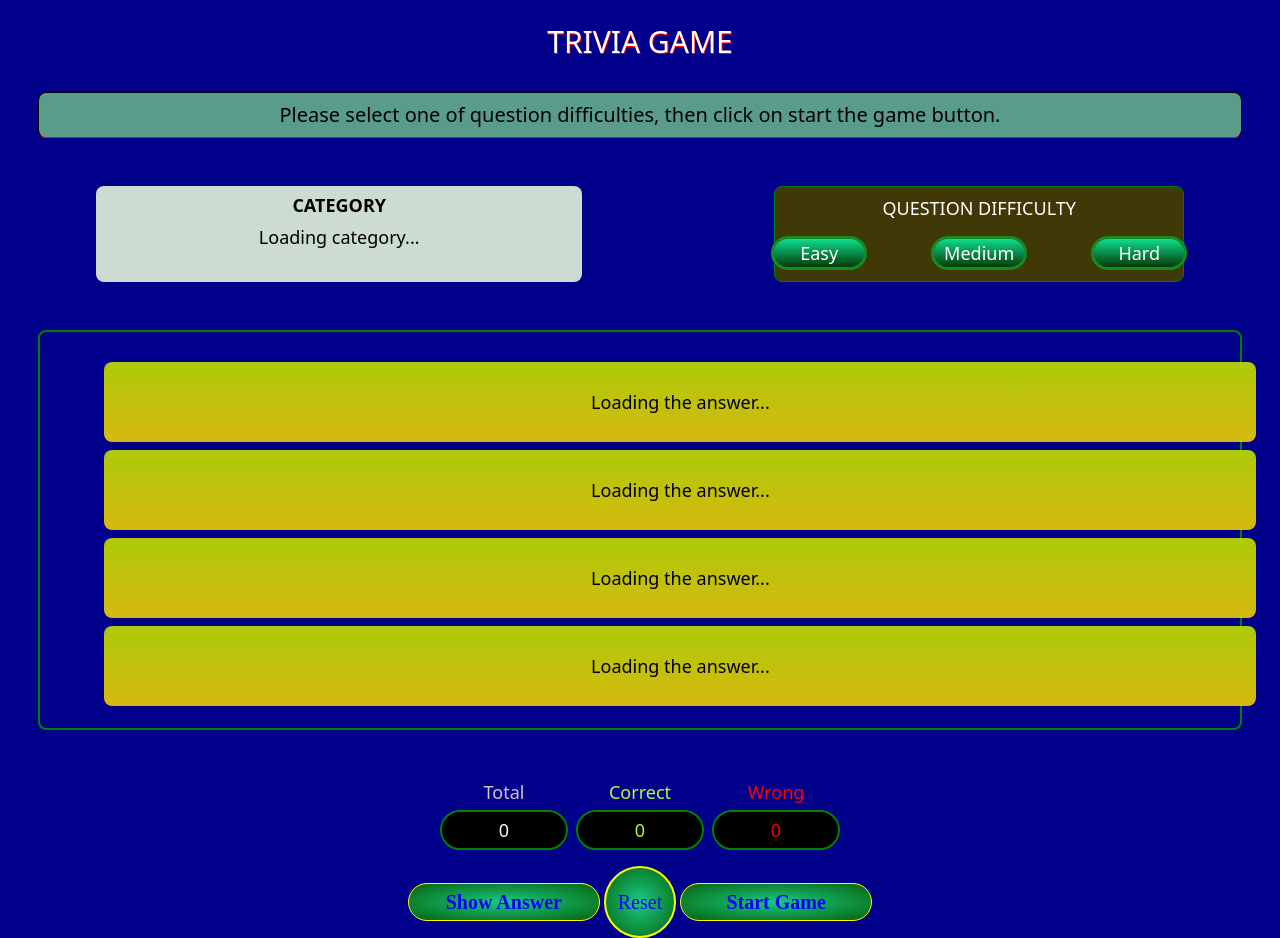
Repository: ShindanoSingi/bembe-trivia
Page: index.html
The author's editor kept a copy of each file at every save. The page is drawn from the files as they stood at one save, then again after the next save.
The browser window is 1280 px wide. The pictures show the whole page.
Some web libraries are served in a nearby version.

Above is the page before, as saved 2022-09-08 02:44:35.

### index.html
<!DOCTYPE html>
<html lang="en">

    <head>
        <meta charset="UTF-8">
        <meta http-equiv="X-UA-Compatible" content="IE=edge">
        <meta name="viewport" content="width=device-width, initial-scale=1.0">
        <link rel="stylesheet" href="style.css">
        <script src="https://cdn.tailwindcss.com"></script>
        <title>Trivia Game</title>
    </head>

    <body class="">
        <div class="containerBox max-h-[100vh] my-2 flex my-2 flex-col gap-[3rem]">
            <h1 class="text-center text-3xl relative top-4" >TRIVIA GAME</h1>
            <div class="questionBox text-center w-[94vw] md:text-xl h-[6.5rem] p-2 md:p-2 mx-auto rounded-lg">
                Please select one of question difficulties, then click on start the game button.
            </div>
            <div class="category-and-difficulty-container items-center justify-around flex">
                <div class="category-container w-[38vw] md:h-[6rem] h-[4.5rem] bg-[#CDDCD1] flex items-center flex-col py-[0.3rem] rounded-lg">
                    <div class="labelCategory text-sm md:text-lg font-bold md:font-bold text-black">CATEGORY</div>
                    <div class="category text-sm md:text-lg text-center p-1 rounded-lg">
                        Loading category...
                    </div>
                </div>
                <div class="qDifficultyBox w-[50vw] xl:w-[32vw] pb-1 rounded-lg items-center flex h-[4.5rem] md:h-[6rem] justify-around flex-col">
                        <div id="question" class="qCat md:text-lg text-sm">QUESTION DIFFICULTY</div>
                        <div class="difficulties-container lg:gap-10 xl:gap-10 md:flex md:space-x-6 flex gap-1">
                            <button class="difficulty px-1.5 md:w-[6rem] text-sm md:text-lg rounded-full" id="easy">Easy</button>
                            <button class="difficulty md:w-[6rem] px-1.5 rounded-full md:text-lg text-sm" id="medium">Medium</button>
                            <button class="difficulty md:w-[6rem] px-1.5 text-sm md:text-lg rounded-full" id="hard">Hard</button>
                    </div>
                </div>
            </div>
            <div class="imgAndQuestions">
                <!-- <img class="w-[94vw] h-[25rem] mx-auto" src="pexels-skitterphoto-9198.jpg" alt="nature image"> -->
                <div class="img w-[94vw] h-[25rem] mx-auto flex items-center">
                    <div class="answersButtons bottom-[17.2rem] ml-[5vw] flex space-y-2 justify-center  flex-col">
                    <button class="showAnswer md:text-lg w-[90vw] p-1 absolute bottom-[17rem] mx-auto text-sm h-[5rem]">Loading the answer...</button>
                    <button class="response md:text-lg w-[90vw] p-1 text-center text-md h-[5rem]" id="response1">Loading the answer...</button>
                    <button class="response md:text-lg w-[90vw] p-1 text-md h-[5rem]" id="response2">Loading the answer...</button>
                    <button class="response md:text-lg w-[90vw] p-1 text-md h-[5rem]" id="response3">Loading the answer...</button>
                    <button class="response md:text-lg w-[90vw] p-1 text-md h-[5rem]" id="response4">Loading the answer...</button>
                    </div>
                </div>

                </div>

            <div id="bottomPart" class="flex  mx-auto flex-col items-center gap-4">
                <div class="labelsAndButtons relative left-1 flex space-x-2">
                    <div class="question-number flex flex-col items-center">
                        <p class="labels md:text-lg pb-1" id="labelQ">Total</p>
                        <div class="bottombuttons md:w-[8rem] md:text-lg w-[5rem] text-center py-1" id="questionNumber">0</div>
                    </div>
                    <div class="correct-answers md:text-lg flex flex-col items-center">
                        <p class="labels pb-1" id="labelC">Correct</p>
                        <div class="bottombuttons md:text-lg w-[5rem] md:w-[8rem] text-center py-1" id="correct">0</div>
                    </div>
                    <div class="wrong-answers md:text-lg flex flex-col items-center">
                        <p class="labels pb-1" id="labelW">Wrong</p>
                        <div class="bottombuttons md:w-[8rem] md:text-lg w-[5rem] text-center py-1" id="wrong">0</div>
                    </div>
                    <div class="timerQuestionCorrectWrong"></div>
                </div>
                <div class="threeBottomButtons">
                    <button class="w-[8rem] text-lg md:text-xl md:w-48 py-1" id="showAnswer">Show Answer</button>
                    <button class="reset text-lg p-1 md:w-[4.5rem] md:text-xl md:h-[4.5rem] w-[3.5rem] h-[3.5rem] rounded-full">Reset</button>
                    <button class="startGame text-lg w-[8rem] md:text-xl md:w-48 py-1">Start Game</button>
                </div>
            </div>
            </div>
        <script src="./script.js"></script>
    </body>
</html>

### style.css
/* @media screen and (min-width: 1024px) {
    .difficulties-container{
       display: flex;
       align-items: space-around;
    }
} */

/* iPhone 8 and smaller */
@media screen and (min-width: 320px) {
    /*  Set h1 text to red */
    h1 {
        color: #fff;
        text-shadow: 0.05rem 0.05rem red;
    }

    /* The box containing the question */
    .questionBox {
        color: rgb(0, 0, 0);
        border: 0.02rem solid;
        background-color: rgb(89, 156, 138);
        border-bottom-color: red;
    }

    /* Label for category */
    .labelCategory {
        color: white;
    }

    /* The show answer message box */
    .showAnswer {
        color: honeydew;
        visibility: hidden;
        border: 0.1rem solid green;
        border-radius: 0.5rem;
        background-color:rgb(2, 27, 3);
    }
    /*  Individual difficulty button */
    .difficulty {
        background-image: linear-gradient(rgb(16, 221, 142), rgb(4, 58, 7));
        border: 0.2rem solid rgb(21, 139, 35);
        color: white;
    }

    /*  Class containing all difficulty buttons */
    .difficulties-container {
        border-color: green;
    }
    /* The box containing difficulty buttons */
    .qDifficultyBox {
        border: 0.14vh solid green;
        background-color: rgb(65, 56, 8);
        color: white;
    }

    /* image */
    .img {
        border: 0.15rem solid green;
        border-radius: 0.5rem;
    }
    /* all response buttons */
    .response {
        border-color: green;
        background-image: linear-gradient(rgb(173, 202, 9), rgb(214, 184, 14));
        color: black;
        border-radius: 0.5rem;
    }
    /* All response buttons */
    .response:hover {
        background-image: linear-gradient(rgb(32, 90, 165), rgb(72, 168, 192));
    }

    /* Show answer button */
    #showAnswer {
        color: blue;
        border: 0.54vh solid green;
        border: 0.27vh solid yellow;
        border-radius: 20rem;
        font-family: cursive;
        font-weight: bold;
        background-image: radial-gradient(rgb(25, 201, 133), rgb(6, 99, 10));
    }
    #showAnswer:hover {
        background-image: radial-gradient(rgb(201, 25, 25), rgb(93, 99, 6));
        color: white;
    }
    /* Start game button */
    .startGame {
        color: blue;
        border: 0.54vh solid green;
        border: 0.27vh solid yellow;
        border-radius: 20rem;
        font-family: cursive;
        font-weight: bold;
        background-image: radial-gradient(rgb(25, 201, 133), rgb(6, 99, 10));
    }
    /* Start game button */
    .startGame:hover {
        background-image: radial-gradient(rgb(201, 25, 25), rgb(93, 99, 6));
        color: white;
    }
    /* Reset button */
    .reset {
        color: blue;
        border: 0.5rem solid green;
        border: 0.15rem solid yellow;
        font-family: cursive;
        background-image: radial-gradient(rgb(25, 201, 133), rgb(6, 99, 10));
    }
    /* Reset button */
    .reset:hover {
        background-image: radial-gradient(rgb(201, 25, 25), rgb(93, 99, 6));
        color: white;
    }

    /* Class containing the 3 bottom labels  (total questions, correct answers and wrong answers) */
    .question-number {
        color: rgb(205, 200, 200);
    }

    .correct-answers {
        color: greenyellow;
    }

    .wrong-answers {
        color: red;
    }

    /* The bottom boxes for total question number, correct answers and wrong answers */
    .bottombuttons {
        border: 0.15rem solid green;
        background-color: black;
        color: honeydew;
        border-radius: 2rem;
    }

    /* Set the wrong anser to red */
    #wrong {
        color: rgb(255, 0, 0);
    }
    /* Set the correct anser to green */
    #correct {
        color: greenyellow;
    }

    /* Change the color when "easy" button is hovered over */
    #easy:hover {
        background-image: linear-gradient(rgb(202, 9, 9), rgb(214, 184, 14));
    }
    /* Change the color when "easy" button is hovered over */
    #medium:hover {
        background-image: linear-gradient(rgb(202, 9, 9), rgb(214, 184, 14));
    }
    /* Change the color when "easy" button is hovered over */
    #hard:hover {
        background-image: linear-gradient(rgb(202, 9, 9), rgb(214, 184, 14));
    }

    body {
      background-color: darkblue;
    }
}

Loaded but not shown: script.js (421 lines, source omitted)

After the next save:
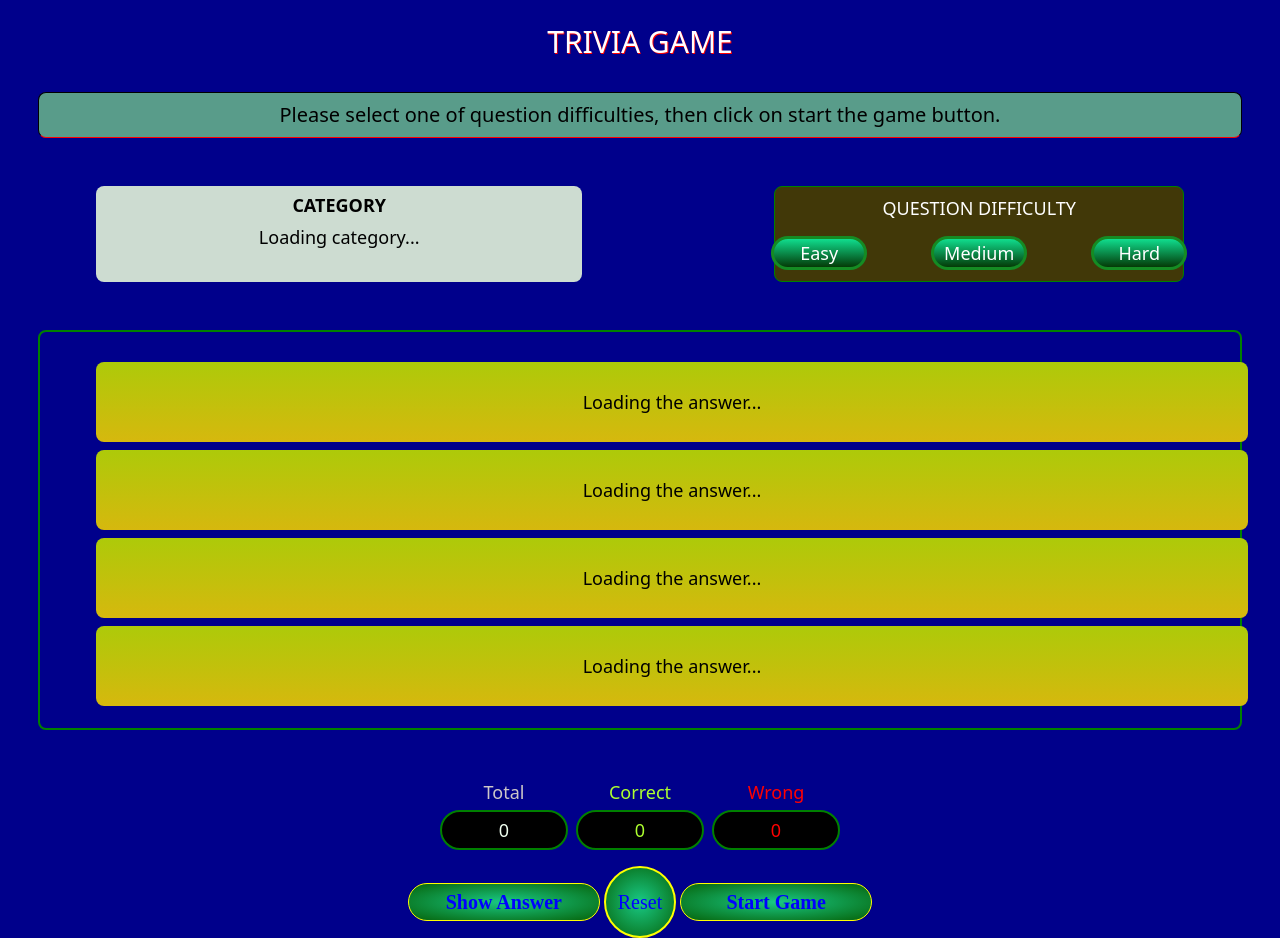
Saved 16 s later.
--- a/index.html
+++ b/index.html
@@ -34,7 +34,7 @@
             </div>
             <div class="imgAndQuestions">
                 <!-- <img class="w-[94vw] h-[25rem] mx-auto" src="pexels-skitterphoto-9198.jpg" alt="nature image"> -->
-                <div class="img w-[94vw] h-[25rem] mx-auto flex items-center">
+                <div class="img w-[94vw] h-[25rem] mx-auto flex items-center justify-center">
                     <div class="answersButtons bottom-[17.2rem] ml-[5vw] flex space-y-2 justify-center  flex-col">
                     <button class="showAnswer md:text-lg w-[90vw] p-1 absolute bottom-[17rem] mx-auto text-sm h-[5rem]">Loading the answer...</button>
                     <button class="response md:text-lg w-[90vw] p-1 text-center text-md h-[5rem]" id="response1">Loading the answer...</button>

After the save that followed:
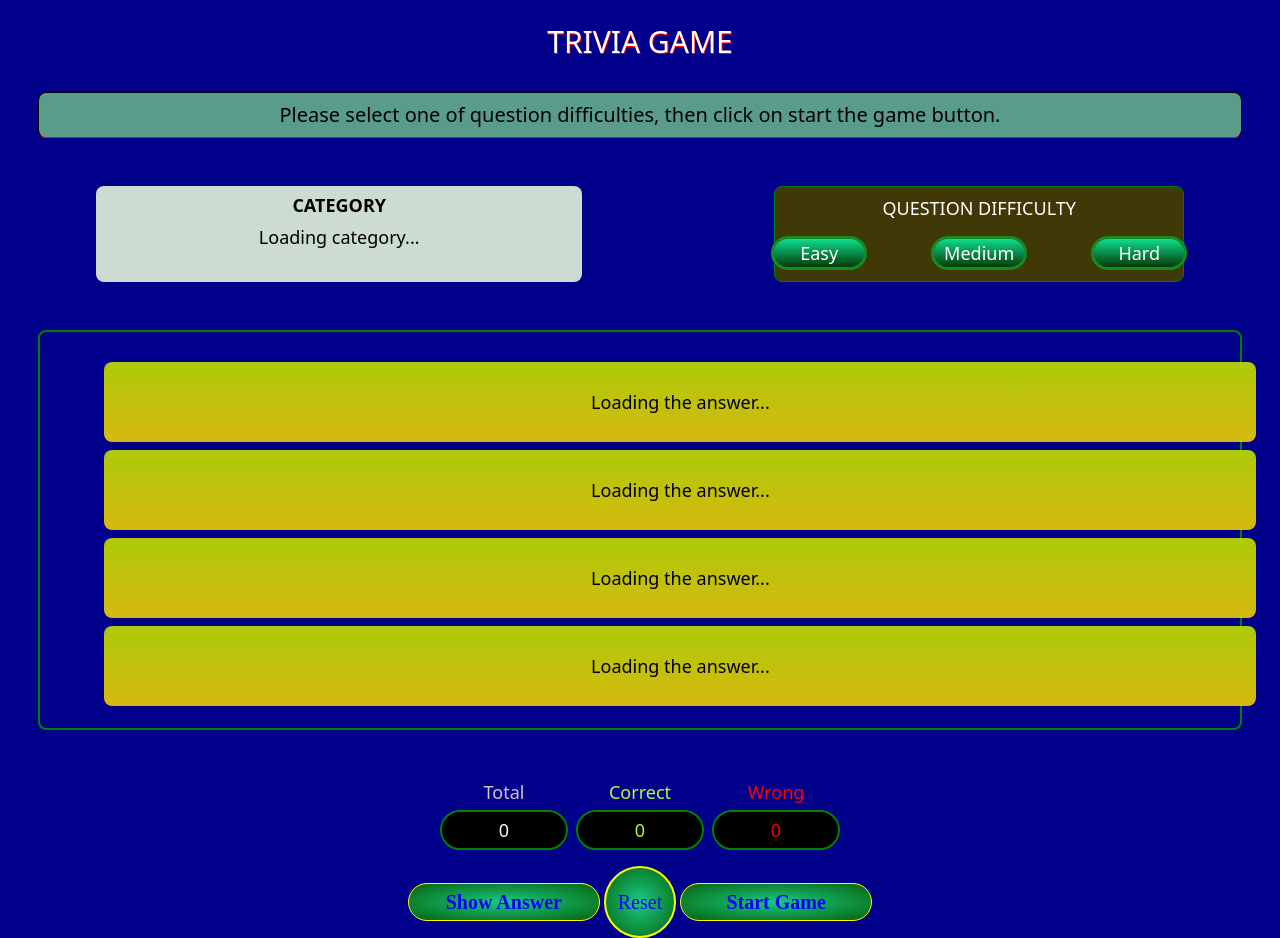
Saved 15 s later.
--- a/index.html
+++ b/index.html
@@ -34,7 +34,7 @@
             </div>
             <div class="imgAndQuestions">
                 <!-- <img class="w-[94vw] h-[25rem] mx-auto" src="pexels-skitterphoto-9198.jpg" alt="nature image"> -->
-                <div class="img w-[94vw] h-[25rem] mx-auto flex items-center justify-center">
+                <div class="img w-[94vw] h-[25rem] mx-auto flex items-center contents-center">
                     <div class="answersButtons bottom-[17.2rem] ml-[5vw] flex space-y-2 justify-center  flex-col">
                     <button class="showAnswer md:text-lg w-[90vw] p-1 absolute bottom-[17rem] mx-auto text-sm h-[5rem]">Loading the answer...</button>
                     <button class="response md:text-lg w-[90vw] p-1 text-center text-md h-[5rem]" id="response1">Loading the answer...</button>
